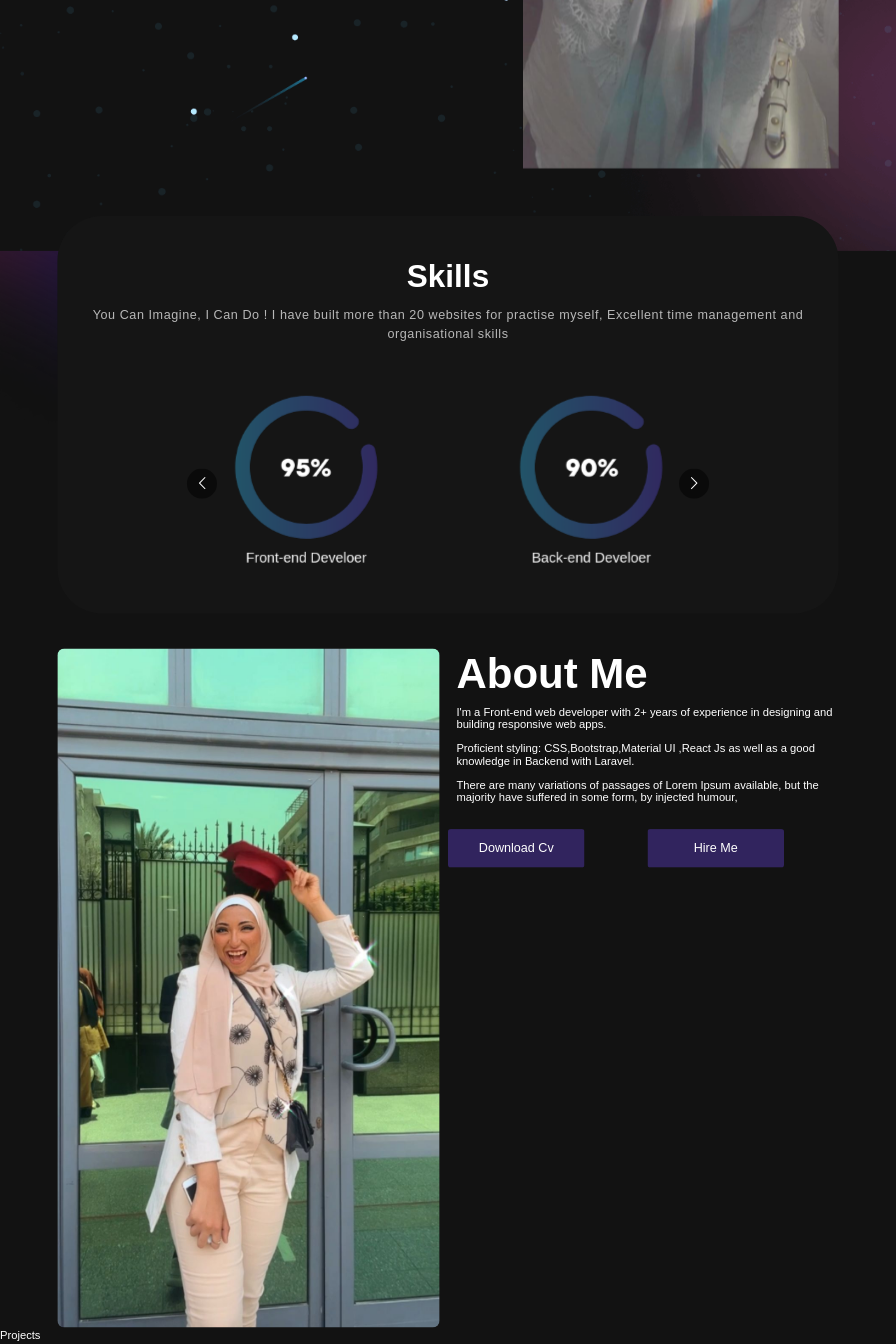
Repository: OmniaRafat232111121/portfolio
Page: /
An editor plug-in stored every save of this project. The page is shown before and after a run of saves, followed by the edit.
The browser window is 1280 px wide. The pictures show the part of the page from y = 829 to 2749 px (the page is 2749 px tall), at 70% of full size.
The project was rebuilt for these pictures with package versions that can differ from the ones it lists, and the page was loaded fresh each time. Also part of the build but not shown: webpack.config.js.

Above is the page before, as saved 2022-07-20 03:26:28.

### src/index.js
import React from 'react';
import {StrictMode} from 'react';
import ReactDOM from 'react-dom';
import {createRoot} from 'react-dom/client';
import App from './App';
const rootElement = document.getElementById('root');
const root = createRoot(rootElement);
root.render(
  <StrictMode>
    <App />
  </StrictMode>,
);

### src/App.js
import React from 'react'
import './App.css'
import 'bootstrap/dist/css/bootstrap.min.css';
import { NavBar }  from './components/NavBar'
import Banner from './components/Banner';
import Skills from './components/Skills';
import Projects from './components/Projects';
import About from './components/About';
const App = () => {
  return (
    <div className="App">
    <NavBar />
    <Banner />
    <Skills />
    <About />
    <Projects />
    </div>
  )
}

export default App

### src/App.css
* {
  margin: 0;
  padding: 0;
  box-sizing: border-box;
}

html {
  scroll-behavior: smooth;
  scroll-padding-top: 75px;
}

body {
  font-weight: 400;
  overflow-x: hidden;
  position: relative;
  background-color: #121212 !important;
  color: #fff !important;
  font-family: 'Centra', sans-serif !important;
}

h1, h2, h3, h4, h5, h6 {
  margin: 0;
  padding: 0;
  line-height: normal;
}

p, a, li, button, ul {
  margin: 0;
  padding: 0;
  line-height: normal;
  text-decoration: none;
}

a:hover {
  text-decoration: none;
}

img {
  width: 100%;
  height: auto;
}

button {
  border: 0;
  background-color: transparent;
}

input:focus, textarea:focus, select:focus {
  outline: none;
}

@media (min-width:1700px) {
	main .container {
		max-width: 100%;
		padding: 0 150px;
	}
}

p.success {
	color: green;
}

p.danger {
	color: red;
}
/************ Navbar Css ************/
nav.navbar {
  padding: 18px 0;
  position: fixed;
  width: 100%;
  top: 0;
  z-index: 9999;
  transition:  0.32 ease-in-out;
}
nav.navbar.scrolled {
  padding: 0px 0;
  background-color: #121212;
}
nav.navbar a.navbar-brand {
    width: 9%;
}
nav.navbar .navbar-nav .nav-link.navbar-link {
  font-weight: 400;
  color: #fff !important;
  letter-spacing: 0.8px;
  padding: 0 25px;
  font-size: 18px;
  opacity: 0.75;
}
nav.navbar .navbar-nav a.nav-link.navbar-link:hover,
nav.navbar .navbar-nav a.nav-link.navbar-link.active {
    opacity: 1;
}
span.navbar-text {
    display: flex;
    align-items: center;
}
.social-icon {
    display: inline-block;
    margin-left: 14px;
}
.social-icon a {
    width: 42px;
    height: 42px;
    background: rgba(217, 217, 217, 0.1);
    display: inline-flex;
    border-radius: 50%;
    margin-right: 6px;
    align-items: center;
    justify-content: center;
    line-height: 1;
    border: 1px solid rgba(255, 255, 255, 0.5);
}
.social-icon a::before {
    content: "";
    width: 42px;
    height: 42px;
    position: absolute;
    background-color: #ffffff;
    border-radius: 50%;
    transform: scale(0);
	transition: 0.3s ease-in-out;
}
.social-icon a:hover::before {
    transform: scale(1);
}
.social-icon a img {
	width: 40%;
	z-index: 1;
	transition: 0.3s ease-in-out;
}
.social-icon a:hover img {
	filter: brightness(0) saturate(100%) invert(0%) sepia(7%) saturate(98%) hue-rotate(346deg) brightness(95%) contrast(86%);
}
.navbar-text button {
  font-weight: 700;
  color: #fff;
  border: 1px solid #fff;
  padding: 18px 34px;
  font-size: 18px;
  margin-left: 18px;
	position: relative;
	background-color: transparent;
	transition: 0.3s ease-in-out;
}
.navbar-text button span {
  z-index: 1;
}
.navbar-text button::before {
  content: "";
  width: 0%;
  height: 100%;
  position: absolute;
  background-color: #fff;
  left: 0;
  top: 0;
  z-index: -1;
  transition: 0.3s ease-in-out;
}
.navbar-text button:hover {
  color: #121212;
}
.navbar-text button:hover::before {
	content: "";
	width: 100%;
	height: 100%;
	position: absolute;
}
nav.navbar .navbar-toggler:active,
nav.navbar .navbar-toggler:focus {
	outline: none;
    box-shadow: none;
}
nav.navbar .navbar-toggler-icon {
  width: 24px;
  height: 17px;
  background-image: none;
  position: relative;
  border-bottom: 2px solid #fff;
  transition: all 300ms linear;
  top: -2px;
}
nav.navbar .navbar-toggler-icon:focus {
	border-bottom: 2px solid #fff;
}
nav.navbar .navbar-toggler-icon:after,
nav.navbar .navbar-toggler-icon:before {
	width: 24px;
	position: absolute;
	height: 2px;
	background-color: #fff;
	top: 0;
	left: 0;
	content: '';
	z-index: 2;
	transition: all 300ms linear;
	-webkit-transition:;
	-moz-transition:;
	-ms-transition:;
	-o-transition:;
}
nav.navbar .navbar-toggler-icon:after {
	top: 8px;
}

nav.navbar .navbar-toggler[aria-expanded="true"] .navbar-toggler-icon:after {
	transform: rotate(45deg);
	background-color: #fff;
	height: 2px;
	-webkit-transform: rotate(45deg);
	-moz-transform: rotate(45deg);
	-ms-transform: rotate(45deg);
	-o-transform: rotate(45deg);
}
nav.navbar .navbar-toggler[aria-expanded="true"] .navbar-toggler-icon:before {
	transform: translateY(8px) rotate(-45deg);
	background-color: #fff;
	height: 2px;
}
nav.navbar .navbar-toggler[aria-expanded="true"] .navbar-toggler-icon {
	border-color: transparent;
}
/*Banner css*/
.banner{
  margin-top:0;
  padding:260px 0 100px 0;
  background-image: url('./assets/img/banner-bg.png');
  background-position: top center;
  background-size: cover;
  background-repeat: no-repeat;
}

.banner .tagline{
  font-weight:700;
  letter-spacing:0.8px;
  padding:8px 10px;
  font-size: 20px;
  margin-bottom: 16px;
  display: inline-block;
  background: linear-gradient(90.21deg, rgba(81, 54, 170, 0.5) -5.91%, rgba(47, 153, 189, 0.5) 111.58%);
  border: 1px solid rgba(255, 255, 255, 0.5);
}



.banner p {
  color: #B8B8B8;
  font-size: 18px;
  letter-spacing: 0.8px;
  line-height: 1.5em;
  width: 96%;
}
.banner button {
  color: #fff;
  font-weight: 700;
  font-size: 20px;
  margin-top: 60px;
  letter-spacing: 0.8px;
  display: flex;
  align-items: center;
}
.banner button svg {
  font-size: 25px;
  margin-left: 10px;
  transition: 0.3s ease-in-out;
  line-height: 1;
}
.banner button:hover svg {
  margin-left: 25px;
}
.banner img {
  animation: updown 3s linear infinite;
}
@keyframes updown {
    0% {
        transform: translateY(-20px);
    }
    50% {
        transform: translateY(20px);
    }
    100% {
        transform: translateY(-20px);
    }
}
.txt-rotate > .wrap {
  border-right: 0.08em solid #666;
}

/*skill*/
.skill{
  padding:0 0 50px 0;
  position:realtive;
}
.skill-bx{
  background: #151515;
  border-radius: 64px;
  text-align: center;
  padding:60px 50px;
  margin-top: -50px;
  -webkit-border-radius: 64px;
  -moz-border-radius: 64px;
  -ms-border-radius: 64px;
  -o-border-radius: 64px;

}

.skill h2 {
	font-size: 45px;
	font-weight: 700;
  display: flex;
  align-items: center;
  justify-content: center;
}
.skill p {
    color: #B8B8B8;
    font-size: 18px;
    letter-spacing: 0.8px;
    line-height: 1.5em;
    margin: 14px 0 75px 0;
    text-align: center;

}
.skill-slider {
  width: 80%;
  margin: 0 auto;
  position: relative;
}
.skill-slider .item img {
  width: 50%;
  margin: 0 auto 15px auto;
}
.background-image-left {
  top: 28%;
  position: absolute;
  bottom: 0;
  width: 40%;
  z-index: -4;
}

### src/components/NavBar.js
import React from "react";
import { useState,useEffect } from 'react'
import { Navbar, Nav, Container } from "react-bootstrap";
import Logo from '../assets/img/logo.svg'
import navIcon1 from '../assets/img/nav-icon1.svg'
import navIcon2 from '../assets/img/nav-icon2.svg'
import navIcon3 from '../assets/img/nav-icon3.svg'
import {
  BrowserRouter as Router
} from "react-router-dom";

export const NavBar = () => {

  const [activeLink, setActiveLink] = useState('home');
  const [scrolled, setScrolled] = useState(false);

  useEffect(() => {
    const onScroll = () => {
      if (window.scrollY > 50) {
        setScrolled(true);
      } else {
        setScrolled(false);
      }
    }

    window.addEventListener("scroll", onScroll);

    return () => window.removeEventListener("scroll", onScroll);
  }, [])
  const onUpdateActiveLink = (value) => {
    setActiveLink(value);
  }
return (
  <Router>
    <Navbar expand="md" className={scrolled ? "scrolled" : ""}>
      <Container>
        <Navbar.Brand href="/">
          <img src={Logo} alt="Logo" />
        </Navbar.Brand>
        <Navbar.Toggle aria-controls="basic-navbar-nav">
          <span className="navbar-toggler-icon"></span>
        </Navbar.Toggle>
        <Navbar.Collapse id="basic-navbar-nav">
          <Nav className="ms-auto">
            <Nav.Link href="#home" className={activeLink === 'home' ? 'active navbar-link' : 'navbar-link'} onClick={() => onUpdateActiveLink('home')}>Home</Nav.Link>
            <Nav.Link href="#skills" className={activeLink === 'skills' ? 'active navbar-link' : 'navbar-link'} onClick={() => onUpdateActiveLink('Skills')}>Skills</Nav.Link>
            <Nav.Link href="#projects" className={activeLink === 'projects' ? 'active navbar-link' : 'navbar-link'} onClick={() => onUpdateActiveLink('projects')} >Projects</Nav.Link>
          </Nav>
          <span className="navbar-text">
            <div className="social-icon">
              <a href="https://www.linkedin.com/in/omnia-rafat-0125191b8/"><img src={navIcon1} alt="" /></a>
              <a href="https://www.facebook.com/omnia.rafat.547/"><img src={navIcon2} alt="" /></a>
              <a href=""><img src={navIcon3} alt="" /></a>
            </div>

              <button className="vvd"><span>Let’s Connect</span></button>

          </span>
        </Navbar.Collapse>
      </Container>
    </Navbar>
  </Router>
)
}

### src/components/Banner.js
import React,{useState,useEffect} from 'react'
import bab from '../assets/img/bab.jpeg'
import { ArrowRightCircle } from 'react-bootstrap-icons';
import { Container, Row, Col } from "react-bootstrap";
const Banner = () => {
    const [loopNum, setLoopNum] = useState(0);
    const [isDeleting, setIsDeleting] = useState(false);
    const [text, setText] = useState('');
    const [delta, setDelta] = useState(300 - Math.random() * 100);
    const [index, setIndex] = useState(1);
    const toRotate = [ "front-end Developer", "Back-end Developer", "UI/UX Designer" ];
    const period = 2000;

    useEffect(() => {
      let ticker = setInterval(() => {
        tick();
      }, delta);

      return () => { clearInterval(ticker) };
    }, [text])

    const tick = () => {
      let i = loopNum % toRotate.length;
      let fullText = toRotate[i];
      let updatedText = isDeleting ? fullText.substring(0, text.length - 1) : fullText.substring(0, text.length + 1);

      setText(updatedText);

      if (isDeleting) {
        setDelta(prevDelta => prevDelta / 2);
      }

      if (!isDeleting && updatedText === fullText) {
        setIsDeleting(true);
        setIndex(prevIndex => prevIndex - 1);
        setDelta(period);
      } else if (isDeleting && updatedText === '') {
        setIsDeleting(false);
        setLoopNum(loopNum + 1);
        setIndex(1);
        setDelta(500);
      } else {
        setIndex(prevIndex => prevIndex + 1);
      }
    }


  return (
    <section className="banner" id="home">
      <Container>
        <Row className="align-items-center">
        <Col  xs={12} md={6} xl={7} >
        <span className="tagline"> Welcome to my Portfolio</span>
       <h1>{`Hi! I'm Omnia`} <span className="txt-rotate" dataPeriod="1000" data-rotate='[ "frot-end Developer", "Back-end Developerr" ]'><span className="wrap">{text}</span></span></h1>

       <p>I'm a front-end web developer with 2 years of experience designing and building responsive web apps.
       Good at CSS, JavaScript 🟡, React, as well as good knowledge in Backend with Laravel</p>
       <button onClick={()=>console.log('connect')}>Lets Connect  <ArrowRightCircle  size={23}/></button>
       </Col>
       <Col xs={12} md={6} xl={5}>
         <img src={bab} alt="Header Img" />
       </Col>
        </Row>
      </Container>
    </section>
  )
}

export default Banner

### src/components/Skills.js

import React, { useState } from "react";
import {Container,Row,Col} from'react-bootstrap'
import { MultiSelect } from "react-multi-select-component";
import Carousel from 'react-multi-carousel';
import 'react-multi-carousel/lib/styles.css';
import meter1 from "../assets/img/meter1.svg";
import meter2 from "../assets/img/meter2.svg";
import meter3 from "../assets/img/meter3.svg";
import colorSharp from "../assets/img/color-sharp.png"
const skills = () => {

    const responsive = {
        superLargeDesktop: {
          // the naming can be any, depends on you.
          breakpoint: { max: 4000, min: 3000 },
          items: 5
        },
        desktop: {
          breakpoint: { max: 3000, min: 1024 },
          items: 3
        },
        tablet: {
          breakpoint: { max: 1024, min: 464 },
          items: 2
        },
        mobile: {
          breakpoint: { max: 464, min: 0 },
          items: 1
        }
      };

  return (
 <section className="skill" id='skills'>
 <Container>
 <Row>
 <Col>
<div className="skill-bx wow zoomIn">
<h2> Skills</h2>
<p>You Can Imagine,
I Can Do !
I have built more than 20 websites for practise myself, Excellent time management and organisational skills</p>
<Carousel responsive={responsive} infinite={true} className="skill-slider">
<div className="item">
<img src={meter1} alt="Image" />
<h5>Front-end Develoer</h5>

</div>


<div className="item">
<img src={meter3} alt="Image" />
<h5>Back-end Develoer</h5>

</div>


<div className="item">
<img src={meter2} alt="Image" />
<h5>web Design</h5>
</div>

</Carousel>
</div>
 </Col>
 </Row>
 </Container>
 <img className="background-image-left" src={colorSharp} alt="Image" />
 </section>
  )
}

export default skills

### src/components/About.js
import React from "react";
import './About.css'
import Graduated from '../assets/img/Graduated.jpeg'
import { Container, Row, Col } from "react-bootstrap";
function About() {
  //  Up To Top Btn
    window.addEventListener("scroll", function(){
      const upToTop = document.querySelector("a.bottom__to__top");
       upToTop.classList.toggle("active", window.scrollY > 0)
    });
  return (
    <div className="about component__space" id="About">
      <Container>
        <Row>
          <Col className="col__2">
            <img src={Graduated} alt="" className="about__img" />
          </Col>
          <Col className="col__2">
            <h1 className="about__heading">About Me</h1>
            <div className="about__meta">
              <p className="about__text p__color">
              I'm a Front-end web developer with 2+ years of experience in designing and building responsive web apps.
              </p>
              <p className="about__text p__color">
              Proficient styling: CSS,Bootstrap,Material UI ,React Js as well as a good knowledge in Backend with Laravel.
              </p>
              <p className="about__text p__color">
                There are many variations of passages of Lorem Ipsum available,
                but the majority have suffered in some form, by injected humour,
              </p>
              <Row>
              <Col className="about__button d__flex align-items-center justify-content-center">
                <a href="#">
                  <button className="about btn pointer">Download Cv</button>
                </a>
                </Col>
                <Col className="about__button d__flex align-items-center justify-content-center ">
                <a href="#">
                  <button className="about btn pointer">Hire Me</button>
                </a>
                </Col>

            </Row>
            </div>
          </Col>
          </Row>
        </Container>

      {/* UP TO TOP BTN */}
      <div className="up__to__top__btn">
        <a href="#" className="bottom__to__top">
        <svg
          xmlns="http://www.w3.org/2000/svg"
          width="16"
          height="16"
          fill="currentColor"
          class="bi bi-chevron-up white"
          viewBox="0 0 16 16"
        >
          <path
            fill-rule="evenodd"
            d="M7.646 4.646a.5.5 0 0 1 .708 0l6 6a.5.5 0 0 1-.708.708L8 5.707l-5.646 5.647a.5.5 0 0 1-.708-.708l6-6z"
          />
        </svg>
        </a>
      </div>
    </div>
  );
}

export default About;

### src/components/About.css
.about{
    background: #121212;
  }
img.about__img{
    border-radius: 10px;

  }
  h1.about__heading{
    margin-bottom: 10px;
    font-weight: 700;
    text-align: start;
    font-family: Montserrat,sans-serif;
    font-size: 60px;
  }
  button.about.btn.pointer {
    text-transform: capitalize;
    width: 195px;
    height: 55px;
    font-size: 18px;
    transition: .4s ease;
    background-color: rgba(81, 54, 170, 0.5);
    color:#fff;
    -webkit-transition: .4s ease;
    -moz-transition: .4s ease;
    -ms-transition: .4s ease;
    -o-transition: .4s ease;
}
  .about__button{
    padding: 20px 0px;

  }
  a.bottom__to__top{
    height: 40px;
    width: 40px;
    position: fixed;

    bottom: 3%;
    right: 2%;
    background-color: rgba(47, 153, 189, 0.5);
    border-radius: 50%;
    cursor: pointer;
    display: none;
    align-items: center;
    justify-content: center;
    transition: .4s all ease;
    z-index: 1000;
    -webkit-border-radius:;
    -moz-border-radius:;
    -ms-border-radius:;
    -o-border-radius:;
    -webkit-transition: .4s all ease;
    -moz-transition: .4s all ease;
    -ms-transition: .4s all ease;
    -o-transition: .4s all ease;
}
  a.bottom__to__top.active{
    display: flex;
  }
  .about__text {

  }



  /* RESPONSIVE */
  @media only screen and (max-width: 1024px){
    .p__color{
        font-size: 15px!important;
    }
  }
  @media only screen and (max-width: 425px){
  button.about.btn.pointer {
    text-transform: capitalize;
    width: 165px;
    height: 50px;
    font-size: 13px;
    transition: .4s ease;
  }
  }

Loaded but not shown: public/index.html (common file); src/components/Projects.js (common file)

After the next 8 saves:
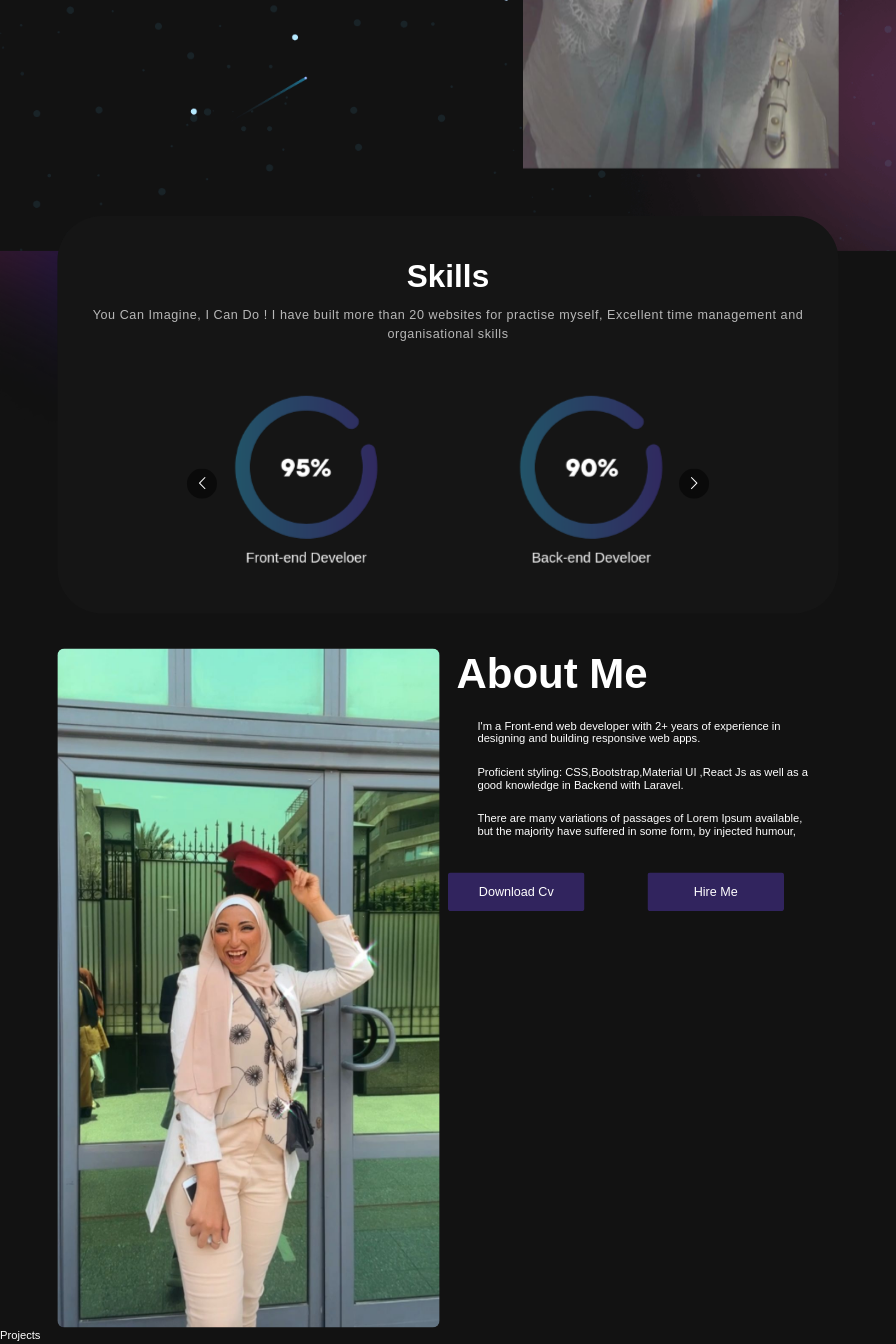
The 8 saves are shown as one change because they came seconds apart.
The last was saved 14 s later.
--- a/src/components/About.css
+++ b/src/components/About.css
@@ -57,7 +57,7 @@ img.about__img{
     display: flex;
   }
   .about__text {
-
+    margin: 30px;
   }
 
 
